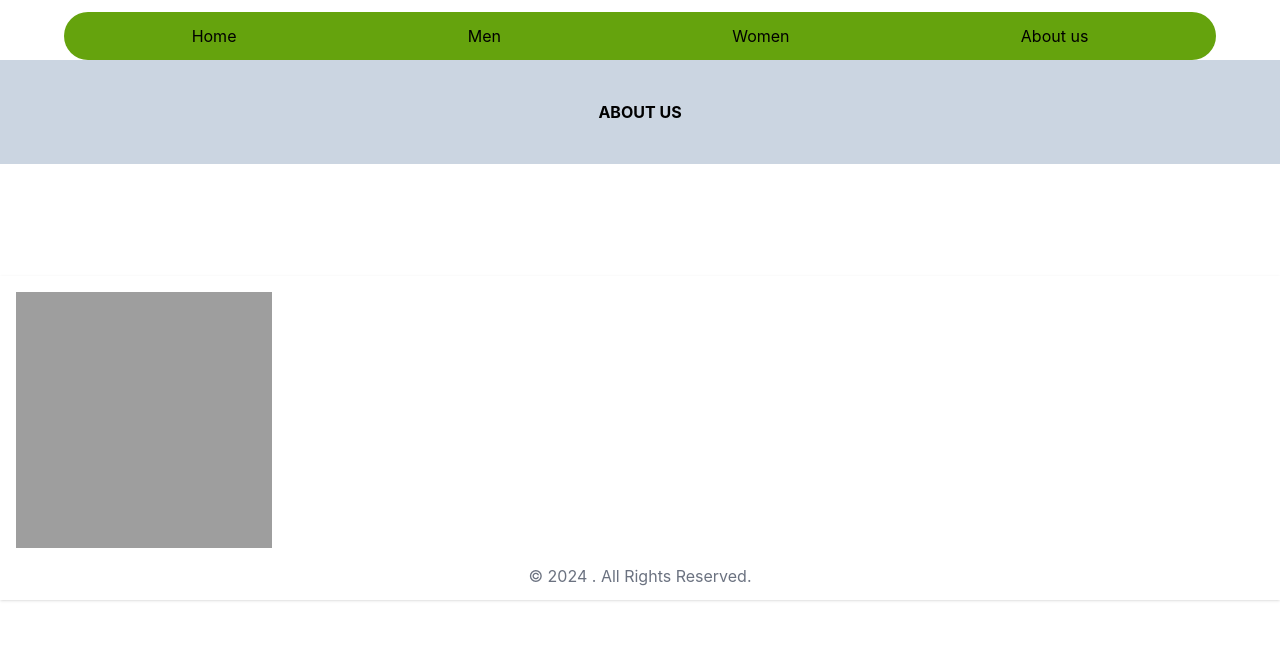
Repository: Mohankkanth/StyleIn_ShoppingSite
Page: /AboutUs
An editor plug-in stored every save of this project. The page is shown before and after a run of saves, followed by the edit.
The browser window is 1280 px wide. The pictures show the whole page.
Pictures or frames that could not be fetched are drawn as grey boxes. The project was rebuilt for these pictures with package versions that can differ from the ones it lists, and the page was loaded fresh each time. Also part of the build but not shown: vite.config.js, src/component/Home/Home.jsx, src/component/api/MenProducts.jsx, src/component/Men/Men.jsx, src/component/Women/Women.jsx, src/component/api/KidsProducts.jsx, src/component/Kids/Kids.jsx, src/component/Errorpage/Errorpage.jsx and 18 more.

Above is the page before, as saved 2024-11-23 13:55:56.

### index.html
<!doctype html>
<html lang="en">

<head>
  <meta charset="UTF-8" />
  <meta name="viewport" content="width=device-width, initial-scale=1.0" />


  <link href="https://fonts.googleapis.com/css2?family=Montserrat:wght@400;700&display=swap" rel="stylesheet" />

  <title>Vite + React</title>



</head>

<body>
  <div id="root"></div>
  <script type="module" src="/src/index.jsx"></script>
</body>

</html>

### src/index.jsx
import ReactDOM from "react-dom";
import { createBrowserRouter, RouterProvider, Outlet } from "react-router-dom";
import Home from "./component/Home/Home";
import Men from "./component/Men/Men";
// import MenProducts from "./component/api/MenProducts";
import Women from "./component/Women/Women";
import Kids from "./component/Kids/Kids";
import Header from "./component/Header/Header";
import Footer from "./component/Footer/Footer";
import "./style.css";
import Errorpage from "./component/ErrorPage/Errorpage";
import Shirt from "./component/Men/Shirt";
import T_Shirt from "./component/Men/T_Shirt";
import Pant from "./component/Men/pant";
import Shorts from "./component/Men/Shorts";
import Boys from "./component/Kids/Boys/Boys";
import Girls from "./component/Kids/Girls/Girls";
import Kurtas from "./component/Women/kurtas";
import Sarees from "./component/Women/Saree";
import Leggin from "./component/Women/Leggin";
import Dupattas from "./component/Women/Dupattas";
import AboutUs from "./component/AboutUs/Aboutus";

const AppLayout = () => {
  return (
    <>
      <Header />
      <Outlet />
      <Footer />
    </>
  );
};

// Router Configuration
const Router = createBrowserRouter([
  {
    path: "/",
    element: <AppLayout />,
    children: [
      {
        path: "/",
        element: <Home />,
      },
      {
        path: "/Home",
        element: <Home />,
      },

      {
        path: "/Men",
        element: <Men />,
      },
      {
        path: "/Women",
        element: <Women/>,
      },
      {
        path: "/Kids",
        element: <Kids />,
      },
      {
        path:"/Shirt",
        element:<Shirt/>,
      },
      {
        path:"/T-Shirt",
        element:<T_Shirt/>,
      },
      {
        path:"/Pant",
        element:<Pant/>,
      },
      {
        path:"/Shorts",
        element:<Shorts/>,
      },
      {
        path:"/KidsBoys",
        element:<Boys/>,
      },
      {
        path:"/KidsGirls",
        element:<Girls/>,
      },

      {
        path:"/Kurtas",
        element:<Kurtas/>,
      },
      {
        path:"/Sarees",
        element:<Sarees/>,
      },
      {
        path:"/Leggins",
        element:<Leggin/>
      },
      {
        path:"/Dupattas",
        element:<Dupattas/>
      },
      {
        path:"/AboutUs",
        element:<AboutUs/>
      }
    ],
    errorElement:<Errorpage/>
  },
]);

// Render the Router
const root = ReactDOM.createRoot(document.getElementById("root"));
root.render(<RouterProvider router={Router} />);

### src/component/Header/Header.jsx
import { Link } from "react-router-dom"

const Header = () => {
  return (
    <>

      <div className="2xl:container mx-auto">
        <div className="w-[90%] mx-auto grid-cols-1">
          <div>
            <ul className="flex justify-around p-3 rounded-3xl bg-lime-600 font-mono mt-3">
              <Link to="/Home">
                <li className="hover:cursor-pointer  hover:text-white">Home</li>
              </Link>
              <Link to="/Men">
                <li className="hover:cursor-pointer  hover:text-white">Men
                </li>

              </Link>
              <Link to="/Women">
                <li className="hover:cursor-pointer  hover:text-white">Women</li>
              </Link>
              {/* <Link to="/Kids">
                <li className="hover:cursor-pointer  hover:text-white">Kids</li>
              </Link> */}
              <Link to="/Aboutus">
              <li className="hover:cursor-pointer  hover:text-white">About us</li>
              </Link>
            </ul>
          </div>
        </div>
      </div>
    </>
  )
}


export default Header

### src/component/Footer/Footer.jsx
import { Link } from "react-router-dom"

const Footer = () => {
  return (
    <>
      <footer className="bg-white  shadow  dark:bg-[#333333] mt-28">
        <div className="w-full mx-auto max-w-screen-xl p-4 md:flex md:items-center md:justify-between">
          <div>
          <img src="https://ik.imagekit.io/Sample/E-Commerce/Logo/StyleIn_Logo-removebg-preview.png?updatedAt=1732345349547" alt="" className="h-64 w-64" />

          </div>

          <div className="text-white">
            <p className="font-bold font-[Raleway]">Address</p>
            <p>
              <p className="font-[Raleway]">Stylein Fashion Store </p>
              123 Fashion Street,<br />
              T. Nagar, Chennai,<br /> Tamil Nadu 600017,
              India</p>
          </div>
          <div className="text-white">
            <p className="font-bold font-[Raleway]">Contact</p>
            <p></p>
            <p className="hover:cursor-pointer">Mobile:&nbsp;9523148795</p>
            <p className="hover:cursor-pointer">Email:&nbsp;support@stylein.com</p>
          </div>

          <div className="text-white">
            <p className="font-bold font-[Raleway]">Customer Service Hours</p>
            <p>
              Monday to Friday: 9:00 AM - 6:00 PM <br />
              Saturday: 10:00 AM - 4:00 PM <br />
              Sunday: Closed</p>
          </div>



        </div>
        <div className="flex justify-center pb-3">
        <span className="text-base  text-gray-500 sm:text-center dark:text-gray-400">
            © 2024{" "}
            {/* <a href="https://flowbite.com/" className="hover:underline">
              Flowbite™ </a> */}
            . All Rights Reserved.
          </span>
          </div>
      </footer>

    </>
  )
}


export default Footer

### src/style.css
@tailwind base;
@tailwind components;
@tailwind utilities;



/*Hero section image starting */

.flip-in-hor-bottom {
	-webkit-animation: flip-in-hor-bottom 0.5s cubic-bezier(0.250, 0.460, 0.450, 0.940) both;
	        animation: flip-in-hor-bottom 2s cubic-bezier(0.250, 0.460, 0.450, 0.940) both;
}


/* ----------------------------------------------
 * Generated by Animista on 2024-11-2 22:17:44
 * Licensed under FreeBSD License.
 * See http://animista.net/license for more info.
 * w: http://animista.net, t: @cssanimista
 * ---------------------------------------------- */

/**
 * ----------------------------------------
 * animation flip-in-hor-bottom
 * ----------------------------------------
 */
 @-webkit-keyframes flip-in-hor-bottom {
    0% {
      -webkit-transform: rotateX(80deg);
              transform: rotateX(80deg);
      opacity: 0;
    }
    100% {
      -webkit-transform: rotateX(0);
              transform: rotateX(0);
      opacity: 1;
    }
  }
  @keyframes flip-in-hor-bottom {
    0% {
      -webkit-transform: rotateX(80deg);
              transform: rotateX(80deg);
      opacity: 0;
    }
    100% {
      -webkit-transform: rotateX(0);
              transform: rotateX(0);
      opacity: 1;
    }
  }

  /*Hero section image ending */




  .shake-horizontal {
	-webkit-animation: shake-horizontal 0.5s cubic-bezier(0.455, 0.030, 0.515, 0.955) both;
	        animation: shake-horizontal 30s cubic-bezier(0.455, 0.030, 0.515, 0.955) both;
}


/* ----------------------------------------------
 * Generated by Animista on 2024-11-2 22:48:21
 * Licensed under FreeBSD License.
 * See http://animista.net/license for more info.
 * w: http://animista.net, t: @cssanimista
 * ---------------------------------------------- */

/**
 * ----------------------------------------
 * animation shake-horizontal
 * ----------------------------------------
 */
 @-webkit-keyframes shake-horizontal {
    0%,
    100% {
      -webkit-transform: translateX(0);
              transform: translateX(0);
    }
    10%,
    30%,
    50%,
    70% {
      -webkit-transform: translateX(-10px);
              transform: translateX(-10px);
    }
    20%,
    40%,
    60% {
      -webkit-transform: translateX(10px);
              transform: translateX(10px);
    }
    80% {
      -webkit-transform: translateX(8px);
              transform: translateX(8px);
    }
    90% {
      -webkit-transform: translateX(-8px);
              transform: translateX(-8px);
    }
  }
  @keyframes shake-horizontal {
    0%,
    100% {
      -webkit-transform: translateX(0);
              transform: translateX(0);
    }
    10%,
    30%,
    50%,
    70% {
      -webkit-transform: translateX(-10px);
              transform: translateX(-10px);
    }
    20%,
    40%,
    60% {
      -webkit-transform: translateX(10px);
              transform: translateX(10px);
    }
    80% {
      -webkit-transform: translateX(8px);
              transform: translateX(8px);
    }
    90% {
      -webkit-transform: translateX(-8px);
              transform: translateX(-8px);
    }
  }

### src/component/AboutUs/Aboutus.jsx

import React from 'react';

const AboutUs = () => {
    return (
        <>
            <div className='2xl:container mx-auto'>
                <p className="font-bold bg-slate-300 text-center p-10">ABOUT US</p>

                <div className=" w-[90%]  mx-auto grid grid-cols-2 md:grid-cols-3 gap-4 ">
                    <div>
                        {/* <ul className='font-semibold md:bg-teal-500 md:flex justify-around  mt-4 mb-4 text-center  '>
                            <Link to="/Shirt">  <li className='bg-teal-500 mb-1'>Shirt</li> </Link>
                            <Link to="/Pant"><li className='bg-teal-500 mb-1' >Pant</li> </Link>
                            <Link to="/T-Shirt"><li className='bg-teal-500 mb-1'>T-Shirt</li></Link>
                            <Link to="/Shorts"> <li className='bg-teal-500 mb-1'>shorts</li></Link>
                        </ul> */}
                    </div>
                </div>
            </div>

            </>
            )
}
export default AboutUs

### tailwind.config.js
/** @type {import('tailwindcss').Config} */
export default {
  content: [
    "./index.html",
    "./src/**/*.{js,ts,jsx,tsx}",
  ],
  theme: {
    extend: {
      colors: {
        primary: {"50":"#eff6ff","100":"#dbeafe","200":"#bfdbfe","300":"#93c5fd","400":"#60a5fa","500":"#3b82f6","600":"#2563eb","700":"#1d4ed8","800":"#1e40af","900":"#1e3a8a","950":"#172554"}
      }
    },
    fontFamily: {
      'body': [
    'Inter',
    'ui-sans-serif',
    'system-ui',
    '-apple-system',
    'system-ui',
    'Segoe UI',
    'Roboto',
    'Helvetica Neue',
    'Arial',
    'Noto Sans',
    'sans-serif',
    'Apple Color Emoji',
    'Segoe UI Emoji',
    'Segoe UI Symbol',
    'Noto Color Emoji'
  ],
      'sans': [
    'Inter',
    'ui-sans-serif',
    'system-ui',
    '-apple-system',
    'system-ui',
    'Segoe UI',
    'Roboto',
    'Helvetica Neue',
    'Arial',
    'Noto Sans',
    'sans-serif',
    'Apple Color Emoji',
    'Segoe UI Emoji',
    'Segoe UI Symbol',
    'Noto Color Emoji'
  ]
    }
  },
  plugins: [],
}

After the next 2 saves:
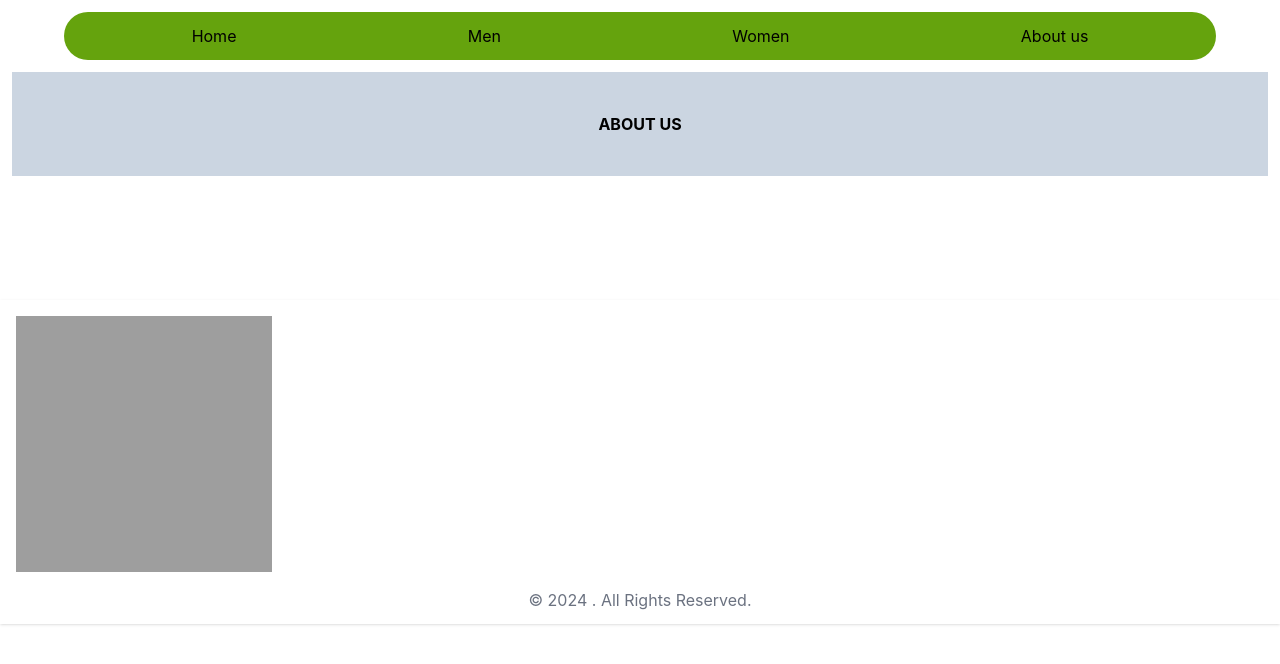
The 2 saves are shown as one change because they came seconds apart.
The last was saved 7 s later.
--- a/src/component/AboutUs/Aboutus.jsx
+++ b/src/component/AboutUs/Aboutus.jsx
@@ -5,7 +5,7 @@
     return (
         <>
             <div className='2xl:container mx-auto'>
-                <p className="font-bold bg-slate-300 text-center p-10">ABOUT US</p>
+                <p className="font-bold bg-slate-300 text-center p-10 m-3">ABOUT US</p>
 
                 <div className=" w-[90%]  mx-auto grid grid-cols-2 md:grid-cols-3 gap-4 ">
                     <div>
